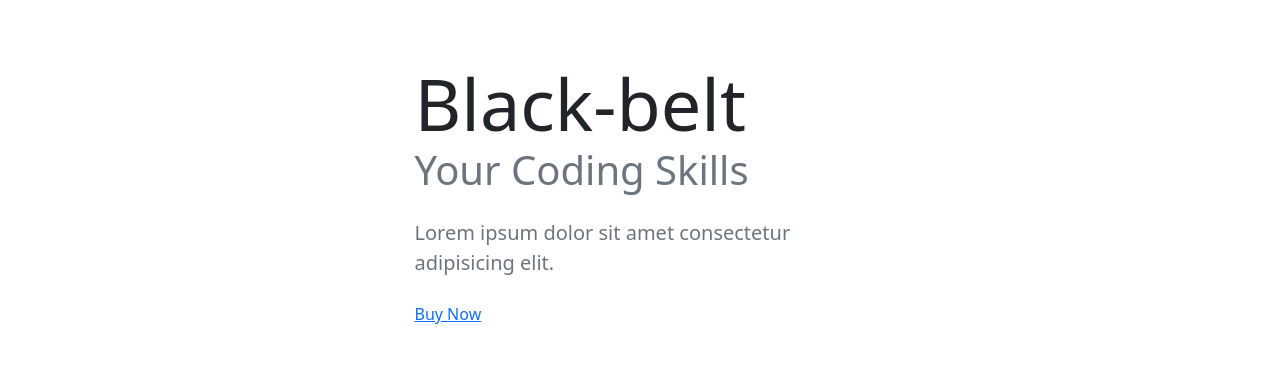
Repository: rihebtlh/catty-storefront
Page: index.html
The author's editor kept a copy of each file at every save. The page is drawn from the files as they stood at one save, then again after the next save.
The browser window is 1280 px wide. The pictures show the whole page.

Above is the page before, as saved 2025-06-17 16:27:17.

### index.html
<!DOCTYPE html>
<html lang="en">
<head>
    <meta charset="UTF-8">
    <meta name="viewport" content="width=device-width, initial-scale=1.0">
    <link href="https://cdn.jsdelivr.net/npm/bootstrap@5.0.2/dist/css/bootstrap.min.css" rel="stylesheet" integrity="sha384-EVSTQN3/azprG1Anm3QDgpJLIm9Nao0Yz1ztcQTwFspd3yD65VohhpuuCOmLASjC" crossorigin="anonymous">
    <title>catty</title>
    <style>
        section{
            padding: 60px 0;
        }
    </style>
</head>
<body>
    <!--Navbar-->
    <!--Main image &intro text-->
    <section id="intro">
        <div class="container-lg">
            <div class="row justify-content-center">
                <div class="col-md-5 text-center text-md-start">
                    <h1>
                        <div class="display-2">Black-belt</div>
                        <div class="diplay-5 text-muted">Your Coding Skills</div>
                    </h1>
                    <p class="lead my-4 text-muted">Lorem ipsum dolor sit amet consectetur adipisicing elit.</p>
                    <a href="#pricing" class "btn btn-secondary btn-large">Buy Now</a>
                </div>
            </div>
        </div>
    </section>
    <!--pricing plans-->
    <!--topics at a glance-->
    <script src="https://cdn.jsdelivr.net/npm/bootstrap@5.0.2/dist/js/bootstrap.bundle.min.js" integrity="sha384-MrcW6ZMFYlzcLA8Nl+NtUVF0sA7MsXsP1UyJoMp4YLEuNSfAP+JcXn/tWtIaxVXM" crossorigin="anonymous"></script>
</body>
</html>

After the next save:
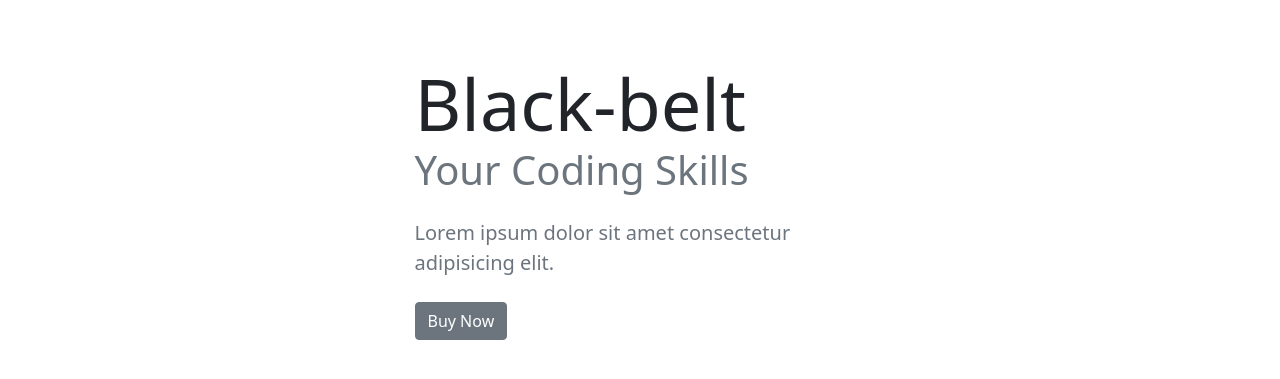
Saved 10 s later.
--- a/index.html
+++ b/index.html
@@ -23,7 +23,7 @@
                         <div class="diplay-5 text-muted">Your Coding Skills</div>
                     </h1>
                     <p class="lead my-4 text-muted">Lorem ipsum dolor sit amet consectetur adipisicing elit.</p>
-                    <a href="#pricing" class "btn btn-secondary btn-large">Buy Now</a>
+                    <a href="#pricing" class = "btn btn-secondary btn-large">Buy Now</a>
                 </div>
             </div>
         </div>
